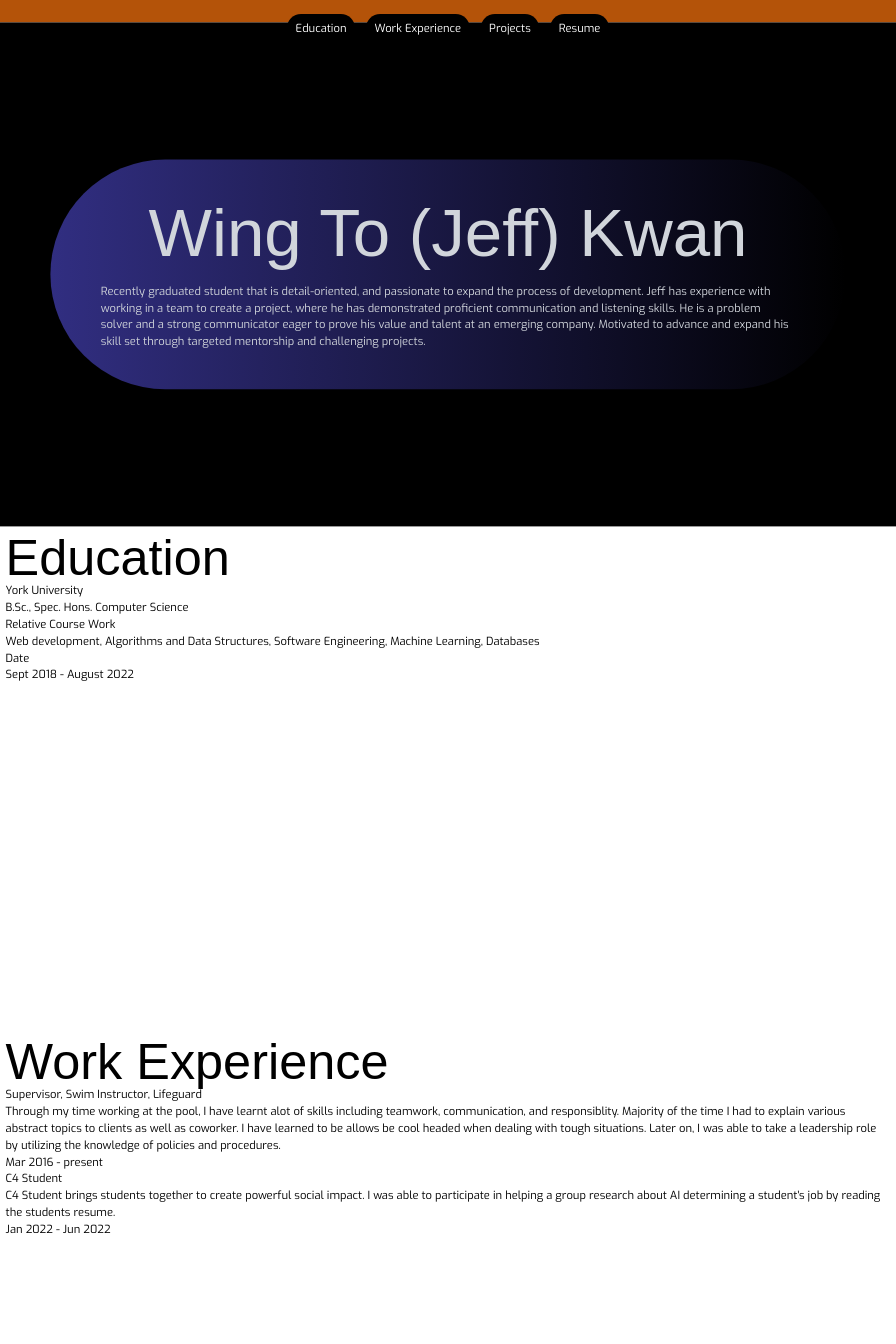
Repository: Jeffkw213/profile_website
Page: /
An editor plug-in stored every save of this project. The page is shown before and after a run of saves, followed by the edit.
The browser window is 1280 px wide. The pictures show the part of the page from y = 0 to 1920 px (the page is 2992 px tall before and 3000 px after), at 70% of full size.
Some web fonts or font styles are not loaded; a fallback is used. The project was rebuilt for these pictures with package versions that can differ from the ones it lists, and the page was loaded fresh each time. Also part of the build but not shown: vite.config.js.

Above is the page before, as saved 2022-09-26 14:31:56.

After the next 2 saves:
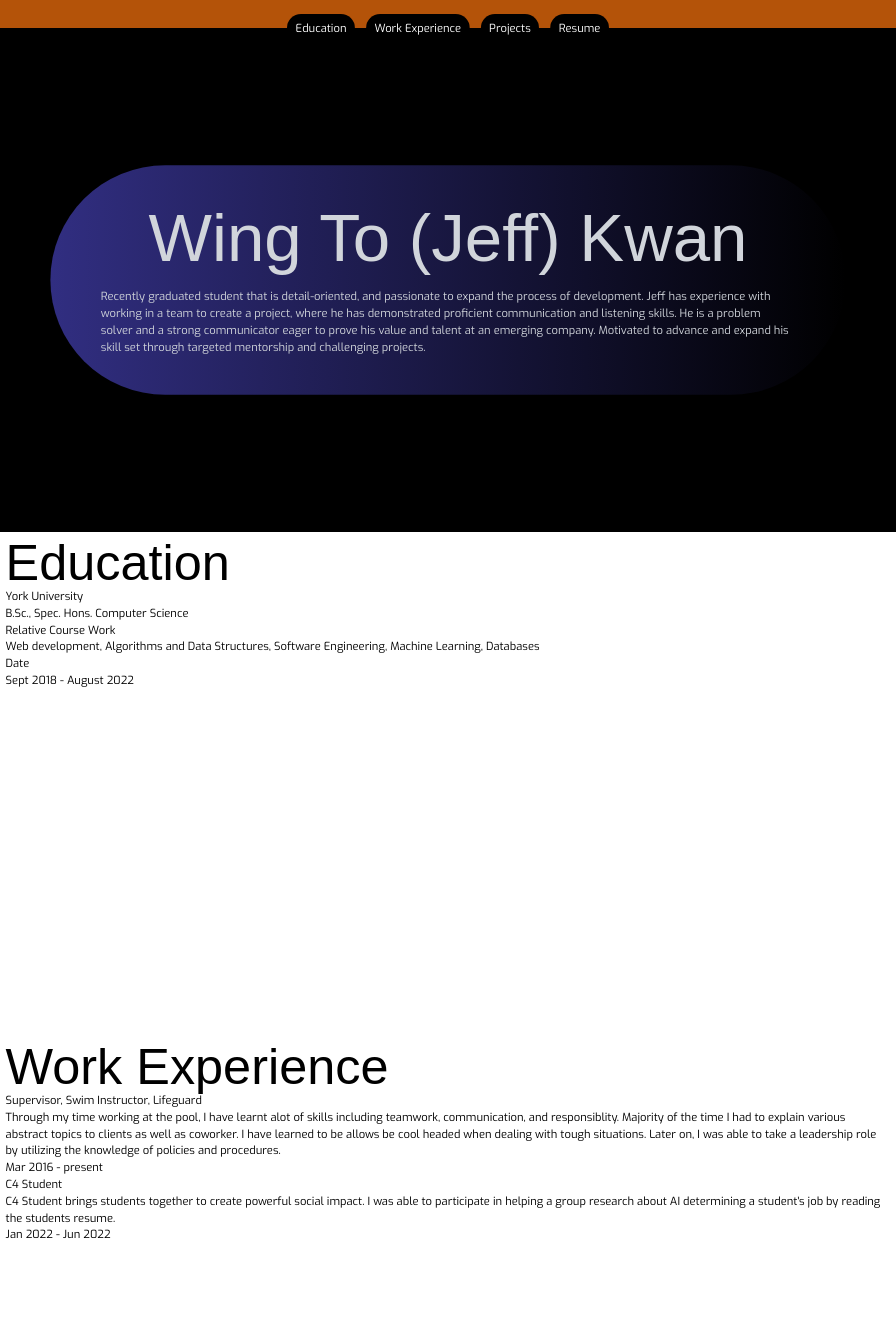
The 2 saves are shown as one change because they came seconds apart.
The last was saved 8 s later.
--- a/src/components/NavigationTop.jsx
+++ b/src/components/NavigationTop.jsx
@@ -1,6 +1,6 @@
 export default function ButtonNavi() {
   return (
-    <header className="bg-amber-700 h-8">
+    <header className="bg-amber-700 h-10">
       <nav className="p-3 text-center">
         <button
           className="m-2 p-2 px-3 bg-black text-white rounded-full
